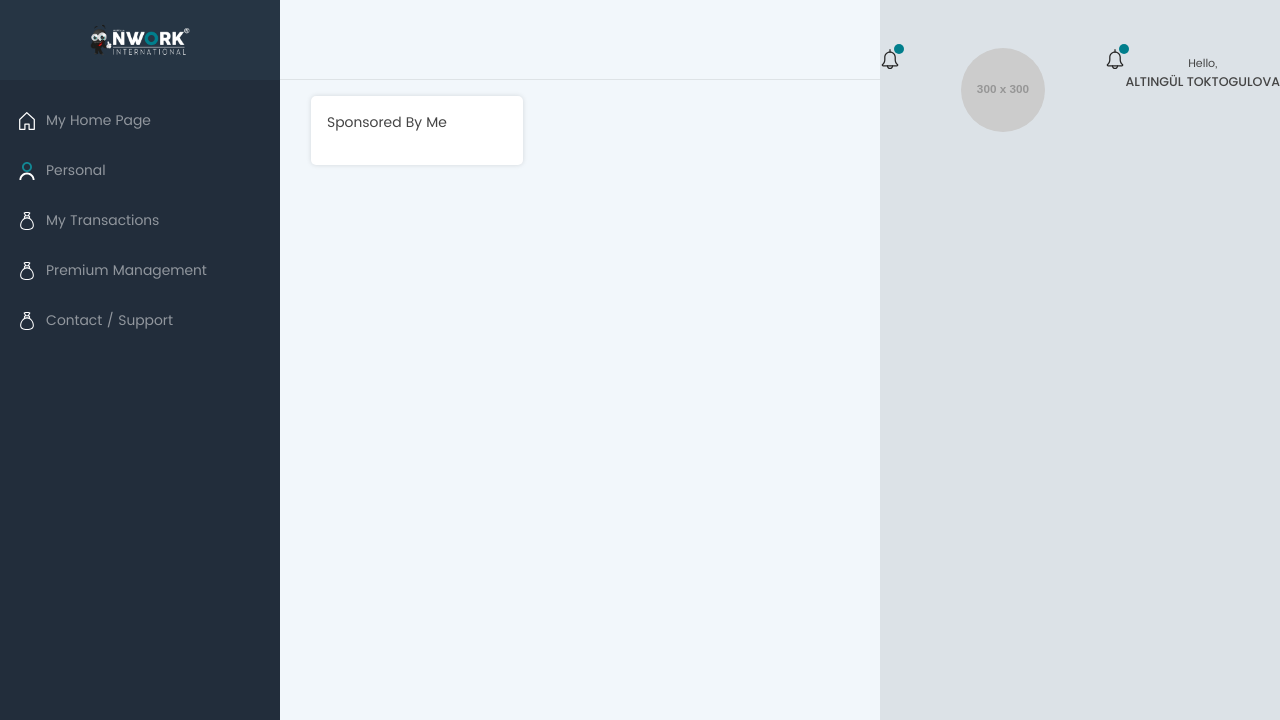
Repository: KayahanKahriman/nwork-admin
Page: index.html
The author's editor kept a copy of each file at every save. The page is drawn from the files as they stood at one save, then again after the next save.
The browser window is 1280 px wide. The pictures show the whole page.
Some web fonts or font styles are not loaded; a fallback is used. The style sheet was rebuilt from its Sass, Less or Tailwind sources for each picture, by a compiler version that may differ from the author's.

Above is the page before, as saved 2021-06-09 16:16:01.

### index.html
<!doctype html>
<html>

<head>
    <meta name="viewport" content="width=device-width, initial-scale=1, maximum-scale=1, user-scalable=no">
    <meta charset="utf-8" />
    <title>Başlık</title>
    <link rel="preconnect" href="https://fonts.gstatic.com">
    <link href="https://fonts.googleapis.com/css2?family=Poppins:wght@300;400;600;800&display=swap" rel="stylesheet">
    <link href="assets/css/style.css" type="text/css" rel="stylesheet" />
</head>

<body>
    <header class="d-flex align-items-center">
        <div id="header-left" class="text-center p-3 d-flex align-items-center justify-content-center">
            <a href="#">
                <img width="100" src="./assets/images/logo-white.png" alt="">
            </a>
        </div>
        <div id="header-right" class="p-3 d-flex align-items-center justify-content-end">

        </div>
    </header>
    <aside>
        <div id="accordion-menu">
            <div class="accordion-item mb-4">
                <div class="accordion-title">
                    <svg class="accordion-icon" viewBox="0 0 512 512">
                        <path d="M475.425,200.225L262.092,4.669c-6.951-6.359-17.641-6.204-24.397,0.35L36.213,200.574 c-3.449,3.348-5.399,7.953-5.399,12.758v280.889c0,9.819,7.958,17.778,17.778,17.778h148.148c9.819,0,17.778-7.959,17.778-17.778    v-130.37h82.963v130.37c0,9.819,7.958,17.778,17.778,17.778h148.148c9.819,0,17.778-7.953,17.778-17.778V213.333    C481.185,208.349,479.099,203.597,475.425,200.225z M445.629,476.444H333.037v-130.37c0-9.819-7.959-17.778-17.778-17.778H196.741    c-9.819,0-17.778,7.959-17.778,17.778v130.37H66.37V220.853L250.424,42.216l195.206,178.939V476.444z" style="fill: rgb(255, 255, 255);"></path>
                    </svg>
                    <a href="#">My Home Page</a>
                </div>
            </div>
            <div class="accordion-item mb-4">
                <div class="accordion-title">
                    <svg class="accordion-icon" viewBox="0 0 19.738 19.738">
                        <path fill="#ffffff" d="M18.18,19.738h-2c0-3.374-2.83-6.118-6.311-6.118s-6.31,2.745-6.31,6.118h-2   c0-4.478,3.729-8.118,8.311-8.118C14.451,11.62,18.18,15.26,18.18,19.738z"></path>
                        <path fill="#128794" d="M9.87,10.97c-3.023,0-5.484-2.462-5.484-5.485C4.385,2.461,6.846,0,9.87,0   c3.025,0,5.486,2.46,5.486,5.485S12.895,10.97,9.87,10.97z M9.87,2C7.948,2,6.385,3.563,6.385,5.485S7.948,8.97,9.87,8.97   c1.923,0,3.486-1.563,3.486-3.485S11.791,2,9.87,2z"></path>
                    </svg>
                    Personal
                </div>
                <ul class="accordion-ul list-unstyled mb-0">
                    <li><a href="#">Info Update and Acquittal Form</a></li>
                    <li><a href="#">My Current Movements</a></li>
                    <li><a href="#">My Bank Info</a></li>
                    <li><a href="#">Membership Info</a></li>
                    <li><a href="#">Change Password</a></li>
                </ul>
            </div>
            <div class="accordion-item mb-4">
                <div class="accordion-title">
                    <svg class="accordion-icon" viewBox="0 0 512 512">
                        <path d="M394.919,225.259c-17.828-21.933-38.208-39.407-60.58-51.973c3.664-4.335,6.555-9.418,8.422-15.083    c7.326-22.309-3.375-48.809-30.688-57.442l38.289-66.765c4.831-8.426,0.491-19.158-8.824-21.866C313.854,4.081,285.076,0,256,0    s-57.854,4.081-85.538,12.13c-9.326,2.711-13.649,13.45-8.824,21.866l38.289,66.766c-27.205,8.589-38.041,35.05-30.684,57.453    c1.861,5.65,4.751,10.73,8.426,15.067c-22.375,12.566-42.757,30.042-60.587,51.977C81.441,269.106,61,324.413,61,377    c0,109.091,87.047,135,195,135c108.029,0,195-25.953,195-135C451,324.413,430.559,269.106,394.919,225.259z M197.496,36.218    C216.633,32.087,236.238,30,256,30c19.762,0,39.367,2.087,58.504,6.218L281.471,93.82c-16.919-2.362-34.018-2.361-50.941,0.001    L197.496,36.218z M207.296,129.896c25.815-8.468,52.823-10.073,79.08-4.824c0.031,0.006,0.063,0.012,0.094,0.018    c6.12,1.228,12.199,2.826,18.213,4.799c7.861,2.591,12.157,11.094,9.58,18.941c-1.873,5.683-6.818,9.597-12.635,10.231    C286.672,154.378,271.417,152,256,152c-15.386,0-30.611,2.368-45.538,7.032c-5.907-0.608-10.864-4.55-12.721-10.188    C195.16,140.983,199.456,132.479,207.296,129.896z M256,482.2c-117.196,0-165-30.62-165-105.2    c0-45.142,18.453-94.793,49.36-132.818C172.955,204.083,214.023,182,256,182c46.206,0,86.621,26.482,115.64,62.182    C402.547,282.207,421,331.858,421,377C421,451.58,373.196,482.2,256,482.2z" style="fill: rgb(255, 255, 255);"></path>
                    </svg>
                    My Transactions
                </div>
                <ul class="accordion-ul list-unstyled mb-0">
                    <li><a href="#">My Cart</a></li>
                    <li><a href="#">Orders</a></li>
                    <li><a href="#">Invoices</a></li>
                    <li><a href="#">Credit Card Capture</a></li>
                    <li><a href="#">Payment Notification</a></li>
                </ul>
            </div>
            <div class="accordion-item mb-4">
                <div class="accordion-title">
                    <svg class="accordion-icon" viewBox="0 0 512 512">
                        <path d="M394.919,225.259c-17.828-21.933-38.208-39.407-60.58-51.973c3.664-4.335,6.555-9.418,8.422-15.083    c7.326-22.309-3.375-48.809-30.688-57.442l38.289-66.765c4.831-8.426,0.491-19.158-8.824-21.866C313.854,4.081,285.076,0,256,0    s-57.854,4.081-85.538,12.13c-9.326,2.711-13.649,13.45-8.824,21.866l38.289,66.766c-27.205,8.589-38.041,35.05-30.684,57.453    c1.861,5.65,4.751,10.73,8.426,15.067c-22.375,12.566-42.757,30.042-60.587,51.977C81.441,269.106,61,324.413,61,377    c0,109.091,87.047,135,195,135c108.029,0,195-25.953,195-135C451,324.413,430.559,269.106,394.919,225.259z M197.496,36.218    C216.633,32.087,236.238,30,256,30c19.762,0,39.367,2.087,58.504,6.218L281.471,93.82c-16.919-2.362-34.018-2.361-50.941,0.001    L197.496,36.218z M207.296,129.896c25.815-8.468,52.823-10.073,79.08-4.824c0.031,0.006,0.063,0.012,0.094,0.018    c6.12,1.228,12.199,2.826,18.213,4.799c7.861,2.591,12.157,11.094,9.58,18.941c-1.873,5.683-6.818,9.597-12.635,10.231    C286.672,154.378,271.417,152,256,152c-15.386,0-30.611,2.368-45.538,7.032c-5.907-0.608-10.864-4.55-12.721-10.188    C195.16,140.983,199.456,132.479,207.296,129.896z M256,482.2c-117.196,0-165-30.62-165-105.2    c0-45.142,18.453-94.793,49.36-132.818C172.955,204.083,214.023,182,256,182c46.206,0,86.621,26.482,115.64,62.182    C402.547,282.207,421,331.858,421,377C421,451.58,373.196,482.2,256,482.2z" style="fill: rgb(255, 255, 255);"></path>
                    </svg>
                    Premium Management
                </div>
                <ul class="accordion-ul list-unstyled mb-0">
                    <li><a href="#">My Orders</a></li>
                    <li><a href="#">My Premiums</a></li>
                    <li><a href="#">My Clients</a></li>
                    <li><a href="#">Binary Tree</a></li>
                    <li><a href="#">Reference Tree</a></li>
                    <li><a href="#">Binary Turnover Movements</a></li>
                    <li><a href="#">Premium Reference</a></li>
                </ul>
            </div>
            <div class="accordion-item mb-4">
                <div class="accordion-title">
                    <svg class="accordion-icon" viewBox="0 0 512 512">
                        <path d="M394.919,225.259c-17.828-21.933-38.208-39.407-60.58-51.973c3.664-4.335,6.555-9.418,8.422-15.083    c7.326-22.309-3.375-48.809-30.688-57.442l38.289-66.765c4.831-8.426,0.491-19.158-8.824-21.866C313.854,4.081,285.076,0,256,0    s-57.854,4.081-85.538,12.13c-9.326,2.711-13.649,13.45-8.824,21.866l38.289,66.766c-27.205,8.589-38.041,35.05-30.684,57.453    c1.861,5.65,4.751,10.73,8.426,15.067c-22.375,12.566-42.757,30.042-60.587,51.977C81.441,269.106,61,324.413,61,377    c0,109.091,87.047,135,195,135c108.029,0,195-25.953,195-135C451,324.413,430.559,269.106,394.919,225.259z M197.496,36.218    C216.633,32.087,236.238,30,256,30c19.762,0,39.367,2.087,58.504,6.218L281.471,93.82c-16.919-2.362-34.018-2.361-50.941,0.001    L197.496,36.218z M207.296,129.896c25.815-8.468,52.823-10.073,79.08-4.824c0.031,0.006,0.063,0.012,0.094,0.018    c6.12,1.228,12.199,2.826,18.213,4.799c7.861,2.591,12.157,11.094,9.58,18.941c-1.873,5.683-6.818,9.597-12.635,10.231    C286.672,154.378,271.417,152,256,152c-15.386,0-30.611,2.368-45.538,7.032c-5.907-0.608-10.864-4.55-12.721-10.188    C195.16,140.983,199.456,132.479,207.296,129.896z M256,482.2c-117.196,0-165-30.62-165-105.2    c0-45.142,18.453-94.793,49.36-132.818C172.955,204.083,214.023,182,256,182c46.206,0,86.621,26.482,115.64,62.182    C402.547,282.207,421,331.858,421,377C421,451.58,373.196,482.2,256,482.2z" style="fill: rgb(255, 255, 255);"></path>
                    </svg>
                    Contact / Support
                </div>
                <ul class="accordion-ul list-unstyled mb-0">
                    <li><a href="#">Documents</a></li>
                </ul>
            </div>
        </div>
    </aside>
    <main class="p-3">
        <div class="container-fluid">
            <div class="row">
                <div class="col-3">
                    <div class="white-box shadow-box p-3">
                        <p>Sponsored By Me</p>
                    </div>
                </div>
            </div>
        </div>
    </main>
    <section id="user-aside" class="text-center py-5">

        <div class="d-flex">
            <div id="notification" class="has-notification">
                <a href="#">
                    <svg fill="#242424" width="20" height="20" viewBox="-43 0 512 512">
                        <path d="m213.332031 512c-44.117187 0-80-35.882812-80-80 0-8.832031 7.167969-16 16-16s16 7.167969 16 16c0 26.476562 21.527344 48 48 48 26.476563 0 48-21.523438 48-48 0-8.832031 7.167969-16 16-16s16 7.167969 16 16c0 44.117188-35.882812 80-80 80zm0 0"></path>
                        <path d="m389.332031 448h-352c-20.585937 0-37.332031-16.746094-37.332031-37.332031 0-10.925781 4.757812-21.269531 13.054688-28.375 32.449218-27.414063 50.945312-67.261719 50.945312-109.480469v-59.480469c0-82.34375 66.988281-149.332031 149.332031-149.332031 82.347657 0 149.335938 66.988281 149.335938 149.332031v59.480469c0 42.21875 18.496093 82.066406 50.730469 109.332031 8.511718 7.253907 13.269531 17.597657 13.269531 28.523438 0 20.585937-16.746094 37.332031-37.335938 37.332031zm-176-352c-64.703125 0-117.332031 52.628906-117.332031 117.332031v59.480469c0 51.644531-22.632812 100.414062-62.078125 133.757812-.75.640626-1.921875 1.964844-1.921875 4.097657 0 2.898437 2.433594 5.332031 5.332031 5.332031h352c2.902344 0 5.335938-2.433594 5.335938-5.332031 0-2.132813-1.175781-3.457031-1.878907-4.054688-39.488281-33.386719-62.121093-82.15625-62.121093-133.800781v-59.480469c0-64.703125-52.628907-117.332031-117.335938-117.332031zm0 0"></path>
                        <path d="m213.332031 96c-8.832031 0-16-7.167969-16-16v-64c0-8.832031 7.167969-16 16-16s16 7.167969 16 16v64c0 8.832031-7.167969 16-16 16zm0 0"></path>
                    </svg>
                    <i></i>
                </a>
            </div>

            <div id="user-image" class="d-flex m-auto">
                <img class="img-cover" src="//via.placeholder.com/300x300" alt="">
            </div>

            <div id="notification" class="has-notification">
                <a href="#">
                    <svg fill="#242424" width="20" height="20" viewBox="-43 0 512 512">
                        <path d="m213.332031 512c-44.117187 0-80-35.882812-80-80 0-8.832031 7.167969-16 16-16s16 7.167969 16 16c0 26.476562 21.527344 48 48 48 26.476563 0 48-21.523438 48-48 0-8.832031 7.167969-16 16-16s16 7.167969 16 16c0 44.117188-35.882812 80-80 80zm0 0"></path>
                        <path d="m389.332031 448h-352c-20.585937 0-37.332031-16.746094-37.332031-37.332031 0-10.925781 4.757812-21.269531 13.054688-28.375 32.449218-27.414063 50.945312-67.261719 50.945312-109.480469v-59.480469c0-82.34375 66.988281-149.332031 149.332031-149.332031 82.347657 0 149.335938 66.988281 149.335938 149.332031v59.480469c0 42.21875 18.496093 82.066406 50.730469 109.332031 8.511718 7.253907 13.269531 17.597657 13.269531 28.523438 0 20.585937-16.746094 37.332031-37.335938 37.332031zm-176-352c-64.703125 0-117.332031 52.628906-117.332031 117.332031v59.480469c0 51.644531-22.632812 100.414062-62.078125 133.757812-.75.640626-1.921875 1.964844-1.921875 4.097657 0 2.898437 2.433594 5.332031 5.332031 5.332031h352c2.902344 0 5.335938-2.433594 5.335938-5.332031 0-2.132813-1.175781-3.457031-1.878907-4.054688-39.488281-33.386719-62.121093-82.15625-62.121093-133.800781v-59.480469c0-64.703125-52.628907-117.332031-117.335938-117.332031zm0 0"></path>
                        <path d="m213.332031 96c-8.832031 0-16-7.167969-16-16v-64c0-8.832031 7.167969-16 16-16s16 7.167969 16 16v64c0 8.832031-7.167969 16-16 16zm0 0"></path>
                    </svg>
                    <i></i>
                </a>
            </div>

            <div id="user" class="mt-2">
                <span>Hello,</span>
                <p class="mb-0">altıngül toktogulova</p>
            </div>
        </div>

    </section>
    <script type="text/javascript" src="assets/js/index.js"></script>
    <script type="text/javascript" src="assets/js/accordion.js"></script>
</body>

</html>

### assets/scss/style.scss
@import "main";

main {
  margin-left: var(--aside-width);
}

.white-box {
  background: white;
  border-radius: 5px;
  position: relative;
}

.shadow-box {
  box-shadow: 0 0 5px #00000020;
}

.box-title {
  font-weight: normal;
}

/*------------------------------------*\
    RESPONSIVE
\*------------------------------------*/

@media only screen and (min-width: 320px) {
}

@media only screen and (min-width: 480px) {
}

@media only screen and (min-width: 768px) {
}

@media only screen and (min-width: 1024px) {
}

@media only screen and (min-width: 1140px) {
}

@media only screen and (min-width: 1280px) {
}

@media only screen and (-webkit-min-device-pixel-ratio: 1.5),
  only screen and (min-resolution: 144dpi) {
}

### assets/scss/flex-grid/_flexgrid.scss
@import "functions";
@import "variables";
@import "mixins";
@import "reboot";
@import "utilities";
@import "grid";

### assets/scss/flex-grid/_mixins.scss
// Toggles
//
// Used in conjunction with global variables to enable certain theme features.

// Vendor
@import "vendor/rfs";


// Utilities
@import "mixins/breakpoints";
@import "mixins/image";
@import "mixins/hover";
@import "mixins/deprecate";
@import "mixins/text-hide";
@import "mixins/text-truncate";
@import "mixins/text-emphasis";
@import "mixins/size";


// // Layout
@import "mixins/clearfix";
@import "mixins/grid-framework";
@import "mixins/grid";
@import "mixins/float";

### assets/scss/flex-grid/mixins/_image.scss
// Image Mixins
// - Responsive image
// - Retina image


// Responsive image
//
// Keep images from scaling beyond the width of their parents.

@mixin img-fluid {
  // Part 1: Set a maximum relative to the parent
  max-width: 100%;
  // Part 2: Override the height to auto, otherwise images will be stretched
  // when setting a width and height attribute on the img element.
  height: auto;
}


// Retina image
//
// Short retina mixin for setting background-image and -size.

@mixin img-retina($file-1x, $file-2x, $width-1x, $height-1x) {
  background-image: url($file-1x);

  // Autoprefixer takes care of adding -webkit-min-device-pixel-ratio and -o-min-device-pixel-ratio,
  // but doesn't convert dppx=>dpi.
  // There's no such thing as unprefixed min-device-pixel-ratio since it's nonstandard.
  // Compatibility info: https://caniuse.com/#feat=css-media-resolution
  @media only screen and (min-resolution: 192dpi), // IE9-11 don't support dppx
    only screen and (min-resolution: 2dppx) { // Standardized
    background-image: url($file-2x);
    background-size: $width-1x $height-1x;
  }
  @include deprecate("`img-retina()`", "v4.3.0", "v5");
}

### assets/scss/flex-grid/mixins/_hover.scss
// Hover mixin and `$enable-hover-media-query` are deprecated.
//
// Originally added during our alphas and maintained during betas, this mixin was
// designed to prevent `:hover` stickiness on iOS-an issue where hover styles
// would persist after initial touch.
//
// For backward compatibility, we've kept these mixins and updated them to
// always return their regular pseudo-classes instead of a shimmed media query.
//
// Issue: https://github.com/twbs/bootstrap/issues/25195

@mixin hover {
  &:hover { @content; }
}

@mixin hover-focus {
  &:hover,
  &:focus {
    @content;
  }
}

@mixin plain-hover-focus {
  &,
  &:hover,
  &:focus {
    @content;
  }
}

@mixin hover-focus-active {
  &:hover,
  &:focus,
  &:active {
    @content;
  }
}

### assets/scss/flex-grid/mixins/_grid.scss
/// Grid system
//
// Generate semantic grid columns with these mixins.

@mixin make-container($gutter: $grid-gutter-width) {
  width: 100%;
  padding-right: $gutter / 2;
  padding-left: $gutter / 2;
  margin-right: auto;
  margin-left: auto;
}


// For each breakpoint, define the maximum width of the container in a media query
@mixin make-container-max-widths($max-widths: $container-max-widths, $breakpoints: $grid-breakpoints) {
  @each $breakpoint, $container-max-width in $max-widths {
    @include media-breakpoint-up($breakpoint, $breakpoints) {
      max-width: $container-max-width;
    }
  }
}

@mixin make-row($gutter: $grid-gutter-width) {
  display: flex;
  flex-wrap: wrap;
  margin-right: -$gutter / 2;
  margin-left: -$gutter / 2;
}

@mixin make-col-ready($gutter: $grid-gutter-width) {
  position: relative;
  // Prevent columns from becoming too narrow when at smaller grid tiers by
  // always setting `width: 100%;`. This works because we use `flex` values
  // later on to override this initial width.
  width: 100%;
  padding-right: $gutter / 2;
  padding-left: $gutter / 2;
}

@mixin make-col($size, $columns: $grid-columns) {
  flex: 0 0 percentage($size / $columns);
  // Add a `max-width` to ensure content within each column does not blow out
  // the width of the column. Applies to IE10+ and Firefox. Chrome and Safari
  // do not appear to require this.
  max-width: percentage($size / $columns);
}

@mixin make-col-offset($size, $columns: $grid-columns) {
  $num: $size / $columns;
  margin-left: if($num == 0, 0, percentage($num));
}

### assets/scss/flex-grid/_utilities.scss
@import "utilities/align";
@import "utilities/clearfix";
@import "utilities/display";
@import "utilities/flex";
@import "utilities/float";
@import "utilities/position";
@import "utilities/text";
@import "utilities/spacing";
@import "utilities/sizing";

### assets/scss/flex-grid/_grid.scss
// Container widths
//
// Set the container width, and override it for fixed navbars in media queries.

@if $enable-grid-classes {
  .container {
    @include make-container();
    @include make-container-max-widths();
  }
}

// Fluid container
//
// Utilizes the mixin meant for fixed width containers, but with 100% width for
// fluid, full width layouts.

@if $enable-grid-classes {
  .container-fluid {
    @include make-container();
  }
}

// Row
//
// Rows contain and clear the floats of your columns.

@if $enable-grid-classes {
  .row {
    @include make-row();
  }

  // Remove the negative margin from default .row, then the horizontal padding
  // from all immediate children columns (to prevent runaway style inheritance).
  .no-gutters {
    margin-right: 0;
    margin-left: 0;

    > .col,
    > [class*="col-"] {
      padding-right: 0;
      padding-left: 0;
    }
  }
}

// Columns
//
// Common styles for small and large grid columns

@if $enable-grid-classes {
  @include make-grid-columns();
}

### assets/scss/_vars.scss
$primary-color: #079ca5;
$text-color: #0d0a46;
$link-color: #0d0a46;
$bg: #f7f8fc;
$poppins-light: "Poppins-Light";
$poppins-regular: "Poppins-Regular";
$poppins-medium: "Poppins-Medium";
$poppins-bold: "Poppins-Bold";
$default-font: $poppins-regular;

### assets/scss/_colors.scss
:root {
  --primary-color: #017e8c;
  --dark-blue: #222d3b;
  --border-color: #00000015;
  --light-gray: #f9f9f9;
  --light-blue: #b4c0cd;
  --logo-bg: #263544;
  --bg-color: #f2f7fb;
  --darker-bg-color: #dce2e7;
  --text-color: #444444;
}

### assets/scss/_img.scss
@mixin img($size, $alignment) {
  width: 100%;
  height: 100%;
  object-fit: $size;
  object-position: $alignment;
}

.img-cover {
  @include img(cover, center center);
}

.img-contain {
  @include img(contain, center center);
}

### assets/scss/_sizes.scss
:root {
  --header-height: 80px;
  --aside-width: 280px;
  --user-aside-width: 400px;
  --main-width: calc((100% - var(--aside-width)) - var(--user-aside-width));
}

### assets/scss/_header.scss
header {
  height: var(--header-height);
  #header-left {
    width: var(--aside-width);
    background: var(--logo-bg);
    height: 100%;
  }
  #header-right {
    width: var(--main-width);
    border-bottom: 1px solid var(--border-color);
    height: 100%;
  }
}

### assets/scss/_aside.scss
aside {
  width: var(--aside-width);
  height: 100vh;
  background: var(--dark-blue);
  position: fixed;
}

### assets/scss/_user-aside.scss
#user-aside {
  width: var(--user-aside-width);
  position: fixed;
  top: 0;
  right: 0;
  background: var(--darker-bg-color);
  height: 100vw;
}

#user-image {
  border-radius: 50%;
  width: 6em;
  height: 6em;
  overflow: hidden;
}

#user {
  span {
    font-style: normal;
    display: block;
    font-size: 0.8em;
  }
  p {
    font-size: 0.9em;
    font-family: $poppins-medium;
    text-transform: uppercase;
  }
}
.has-notification {
  position: relative;
  i {
    background: var(--primary-color);
    width: 10px;
    height: 10px;
    border-radius: 50%;
    position: absolute;
    top: -4px;
    right: -4px;
  }
}

### assets/scss/_accordion-menu.scss
#accordion-menu {
  padding: 30px 0;
}

.accordion-item {
  padding: 0 15px;
  border-left: 3px solid transparent;
  transition: all 0.3s ease-in-out;
  max-height: 30px;
  overflow: hidden;
}

.accordion-active-item {
  border-color: var(--primary-color);
  transition: all 0.3s ease-in-out;
  max-height: 1000px;
}

.accordion-icon {
  width: 18px;
  height: 18px;
}

.accordion-title {
  display: flex;
  align-items: center;
  column-gap: 10px;
  margin-bottom: 5px;
  cursor: pointer;
  color: #ffffff80;
  transition: all 0.2s ease-in-out;

  &:hover {
    color: #ffffff;
    a {
      color: #ffffff;
    }
  }

  a {
    color: #ffffff80;
    transition: all 0.2s ease-in-out;
  }

  &.accordion-active {
    color: white;
  }
}

.accordion-ul {
  overflow: hidden;
  padding-left: 25px;
  transition: all 0.3s ease-in-out;
  max-height: 0;
  transform: scaleY(0);
  transform-origin: top left;
  li {
    a {
      background-image: url("data:[embedded picture, 478 characters]");
      background-repeat: no-repeat;
      background-size: 10px 10px;
      background-position: 0 11px;
      display: block;
      padding: 8px 0 8px 15px;
      font-size: 0.9em;
      color: #ffffff80;
      transition: all 0.2s ease-in-out;

      &:hover {
        color: white;
      }
    }
  }
}

.accordion-toggle {
  max-height: 100%;
  transition: all 0.3s ease-in-out;
  transform: scaleY(1);
}

Loaded but not shown: assets/scss/flex-grid/vendor/_rfs.scss (common file); assets/scss/flex-grid/mixins/_deprecate.scss (common file); assets/scss/flex-grid/mixins/_text-hide.scss (common file); assets/scss/flex-grid/mixins/_text-truncate.scss (common file); assets/scss/flex-grid/mixins/_text-emphasis.scss (common file); assets/scss/flex-grid/mixins/_size.scss (common file); assets/scss/flex-grid/mixins/_clearfix.scss (common file); assets/scss/flex-grid/mixins/_float.scss (common file); assets/scss/flex-grid/utilities/_align.scss (common file); assets/scss/flex-grid/utilities/_clearfix.scss (common file); assets/scss/flex-grid/utilities/_display.scss (common file); assets/scss/flex-grid/utilities/_float.scss (common file); assets/scss/flex-grid/utilities/_position.scss (common file); assets/scss/flex-grid/utilities/_sizing.scss (common file); assets/js/accordion.js (20 lines, source omitted); assets/scss/flex-grid/_variables.scss (1123 lines, source omitted); assets/scss/flex-grid/_reboot.scss (483 lines, source omitted); assets/scss/flex-grid/mixins/_breakpoints.scss (123 lines, source omitted); assets/scss/flex-grid/utilities/_flex.scss (51 lines, source omitted); assets/scss/flex-grid/_functions.scss (86 lines, source omitted); assets/scss/flex-grid/utilities/_spacing.scss (73 lines, source omitted); assets/scss/flex-grid/utilities/_text.scss (72 lines, source omitted); assets/scss/_main.scss (112 lines, source omitted); assets/scss/flex-grid/mixins/_grid-framework.scss (66 lines, source omitted); assets/js/index.js (no copy from this time; the picture is the same without it)

After the next save:
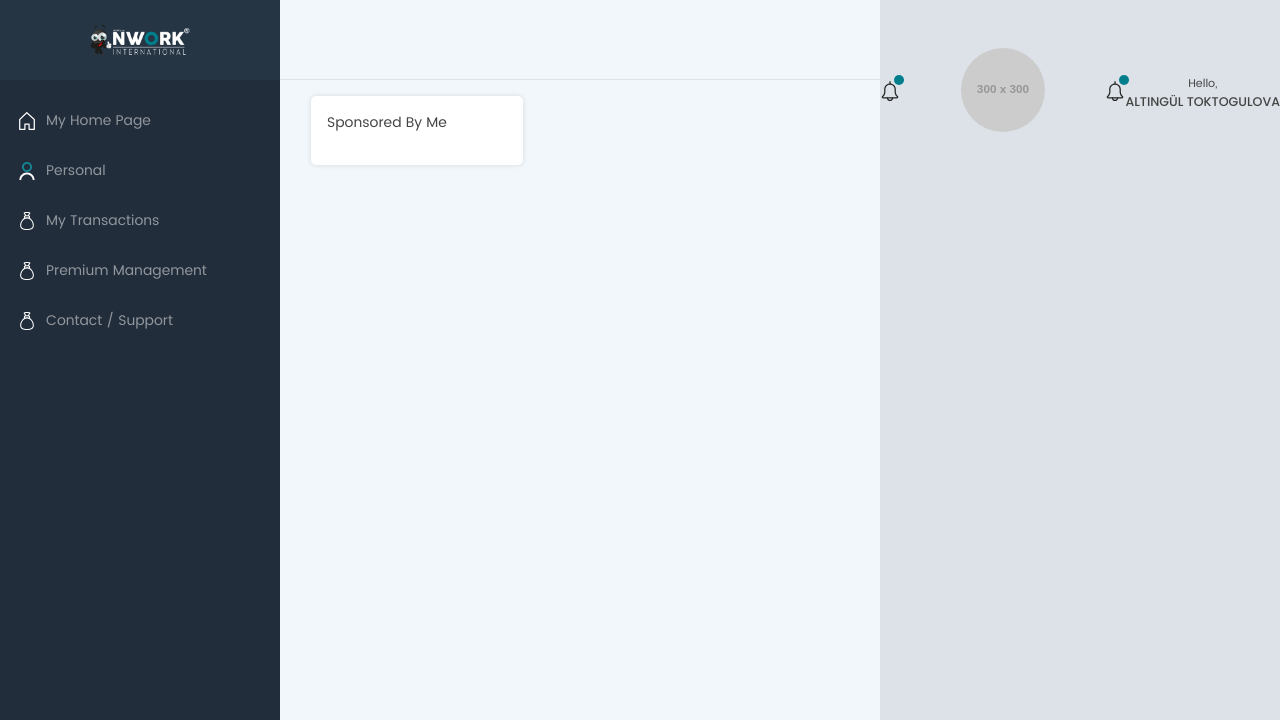
Saved 6 s later.
--- a/index.html
+++ b/index.html
@@ -105,7 +105,7 @@
     </main>
     <section id="user-aside" class="text-center py-5">
 
-        <div class="d-flex">
+        <div class="d-flex align-items-center">
             <div id="notification" class="has-notification">
                 <a href="#">
                     <svg fill="#242424" width="20" height="20" viewBox="-43 0 512 512">
